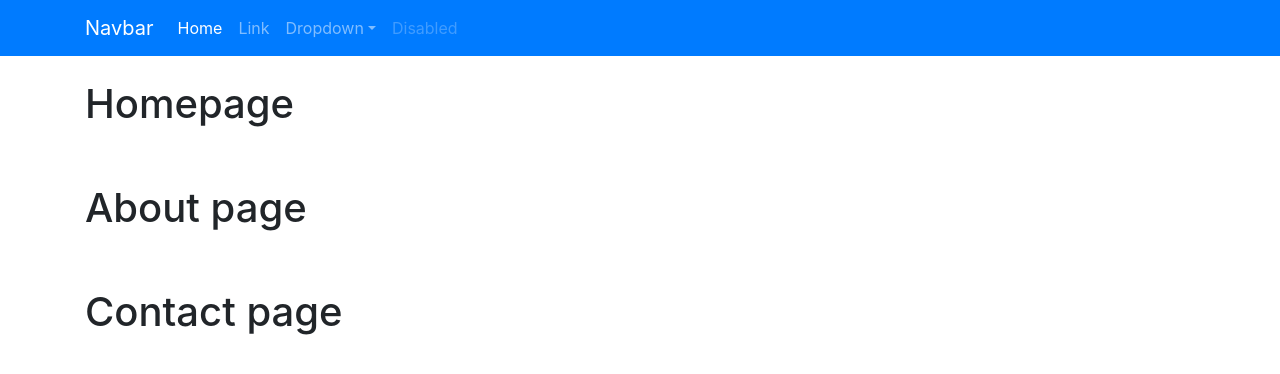
Repository: hardik2626/reactcrud2020
Page: /
These files come from the project's save history. The page is drawn as it stood at one moment and after the next save; the edit follows.
The browser window is 1280 px wide. The pictures show the whole page.
The project was rebuilt for these pictures with package versions that can differ from the ones it lists, and the page was loaded fresh each time. Also part of the build but not shown: src/index.css, src/App.css.

Above is the page before, as saved 2020-10-28 17:45:00.

After the next save:
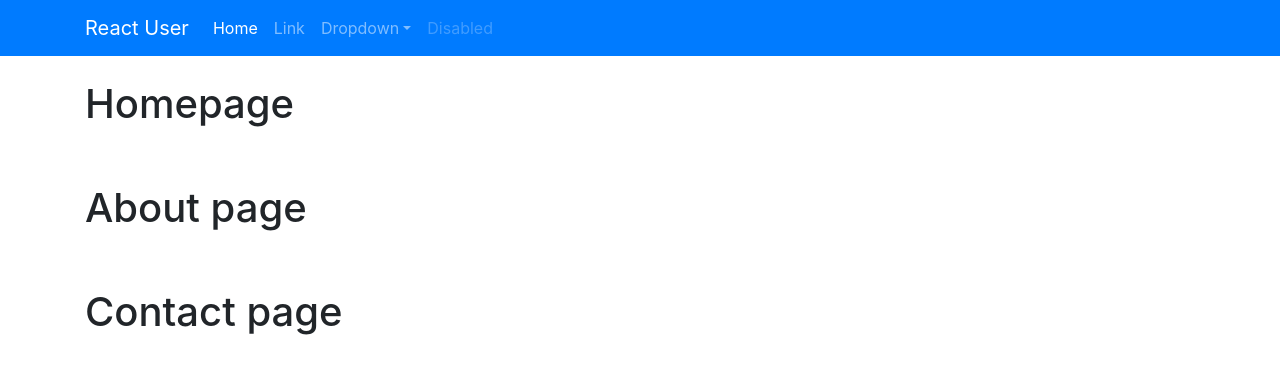
Saved 16 s later.
--- a/src/component/layout/Navbar.js
+++ b/src/component/layout/Navbar.js
@@ -5,7 +5,7 @@ const Navbar = () => {
         <>
             <nav class="navbar navbar-expand-lg navbar-dark  bg-primary">
                 <div className="container">
-                <a class="navbar-brand" href="#">Navbar</a>
+                <a class="navbar-brand" href="#">React User</a>
                     <button class="navbar-toggler" type="button" data-toggle="collapse" data-target="#navbarSupportedContent" aria-controls="navbarSupportedContent" aria-expanded="false" aria-label="Toggle navigation">
                         <span class="navbar-toggler-icon"></span>
                     </button>
